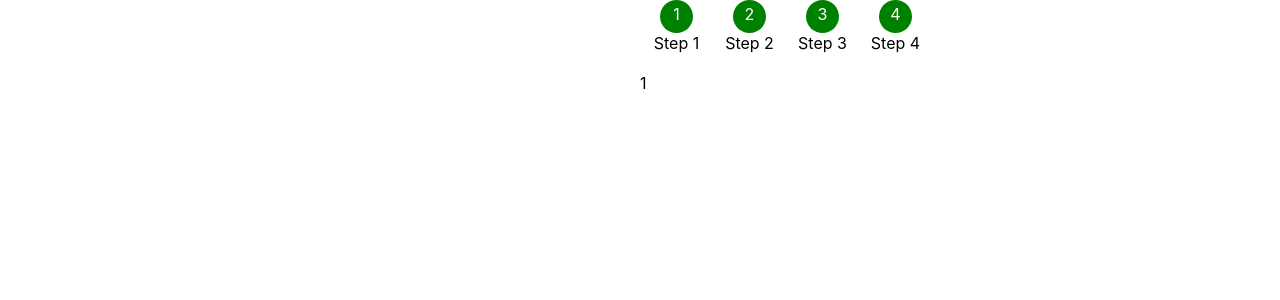
Repository: SD-Mdouka/project_step
Page: /
These files come from the project's save history. The page is drawn as it stood at one moment and after the next save; the edit follows.
The browser window is 1280 px wide. The pictures show the whole page.
The project was rebuilt for these pictures with package versions that can differ from the ones it lists, and the page was loaded fresh each time.

Above is the page before, as saved 2022-09-05 12:27:54.

After the next save:
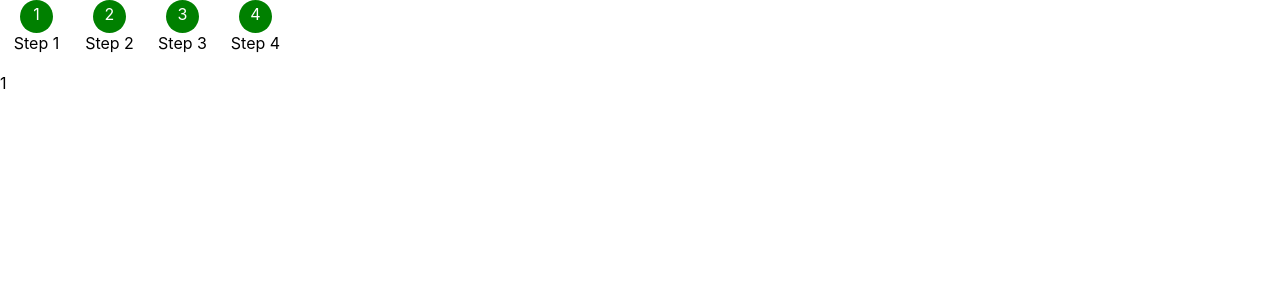
Saved 19 s later.
--- a/src/index.css
+++ b/src/index.css
@@ -10,7 +10,7 @@ code {
 }
 
 .App-Project {
-    margin: 0 50%;
+    margin-inline: auto;
 }
 
 .cirecle {
